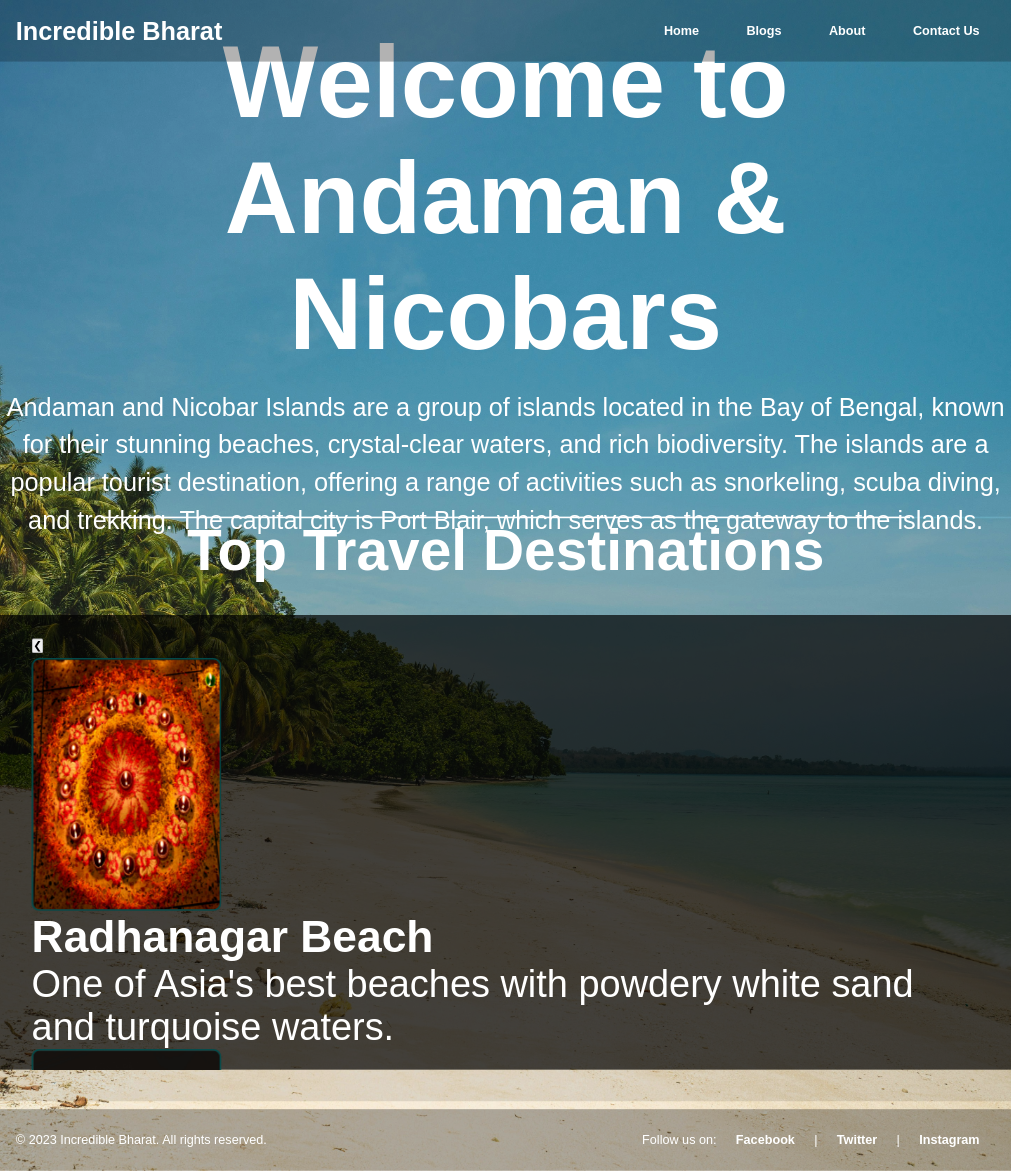
Repository: jaidhiman111/incrediblebharat
Page: destinations/Andaman-Nicobar/Andaman&Nicobar.html
These files come from the project's save history. The page is drawn as it stood at one moment and after the next save; the edit follows.
The browser window is 1280 px wide. The pictures show the whole page, at 79% of full size.

Above is the page before, as saved 2025-05-01 22:31:34.

### destinations/Andaman-Nicobar/Andaman&Nicobar.html
<!DOCTYPE html>
<html lang="en">

<head>
    <meta charset="UTF-8">
    <link rel="stylesheet" href="/assets/style.css">
    <meta name="viewport" content="width=device-width, initial-scale=1.0">
    <title>Document</title>
</head>

<body class="andaman-nicobar">
    <!-- This is the header of the page. -->
    <header class="header">
        <div class="logo">
            <h1>Incredible Bharat</h1>
        </div>
        <div class="nav">
            <nav>
                <ul>
                    <li>
                        <a href="/index.html">Home</a>
                        <a href="#">Blogs</a>
                        <a href="#">About</a>
                        <a href="#">Contact Us</a>
                    </li>
                </ul>
            </nav>
        </div>
    </header>
    <!-- This is the main content of the page. -->
    <main class="main-container">
        <section class="hero-section">
            <h2>Welcome to Andaman & Nicobars</h2>
            <p>Andaman and Nicobar Islands are a group of islands located in the Bay of Bengal, known for their stunning
                beaches, crystal-clear waters, and rich biodiversity. The islands are a popular tourist destination,
                offering a range of activities such as snorkeling, scuba diving, and trekking. The capital city is Port
                Blair, which serves as the gateway to the islands.</p>
        </section>
        <hr>
        <section id="travel-slider">
            <h2>Top Travel Destinations</h2>
            <div class="slider-container">
              <button class="slide-btn left" onclick="slideLeft('travel')">&#10094;</button>

              <div class="slider" >
                <div class="card">
                  <img class ="card-image" src="/media/diwali.jpg" alt="Radhanagar Beach">
                  <h3>Radhanagar Beach</h3>
                  <p>One of Asia's best beaches with powdery white sand and turquoise waters.</p>
                </div>
                <div class="card">
                  <img class = "card-image" src="/media/Dipawli.jpg" alt="Cellular Jail">
                  <h3>Cellular Jail</h3>
                  <p>Historical monument with a light & sound show on India's freedom struggle.</p>
                </div>
                <div class="card">
                  <img class = "card-image" src="/media/Deepak.jpg" alt="Elephant Beach">
                  <h3>Elephant Beach</h3>
                  <p>Snorkeling and water activities paradise on Havelock Island.</p>
                </div>
                <!-- Add more slides here -->
              </div>

              <button class="slide-btn right" onclick="slideRight('travel')">&#10095;</button>
            </div>
          </section>
    </main>
    <!-- This is the footer of the page. -->
    <footer class="footer">
        <div>
            <p>&copy; 2023 Incredible Bharat. All rights reserved.</p>
        </div>
        <div>
            <p>Follow us on:
                <a href="#">Facebook</a> |
                <a href="#">Twitter</a> |
                <a href="#">Instagram</a>
        </div>
    </footer>
</body>

</html>

### assets/style.css
* {
    box-sizing: border-box;
    margin: 0;
    padding: 0;
}

.home {
    font-family: Arial, sans-serif;
    background-image: url('/media/bg-cover.jpg');
    background-size: cover;
    background-repeat: no-repeat;
    background-position: center;
    color: #fff;
}

.andaman-nicobar {
    font-family: Arial, sans-serif;
    background-image: url('/media/andaman.jpg');
    background-size: cover;
    background-repeat: no-repeat;
    background-position: center;
    color: #fff;
}


/* This is for header */
.header {
    background-color: rgba(0, 0, 0, 0.3);
    display: flex;
    justify-content: space-between;
    align-items: center;
    padding: 20px;
    position: sticky;
    top: 0;
    text-align: center;
}

li {
    list-style: none;
    display: flex;
    gap: 20px;
}

li a {
    padding: 10px 20px;
    border-radius: 5px;
    text-decoration: none;
    color: #fff;
    font-weight: bold;
}

li a:hover {
    color: #fff;
    transform: scale(1.1);
}

/* This is for section */
section {
    background-color: rgba(0, 0, 0, 0.1);
}

.hero-section {
    display: flex;
    flex-direction: column;
    /* stack items vertically */
    justify-content: center;
    /* center vertically */
    align-items: center;
    /* center horizontally */
    height: 80vh;
    text-align: center;
}

.hero-section h2 {
    font-size: 8rem;
    margin-bottom: 20px;
}

.hero-section p {
    font-size: 2rem;
    margin-bottom: 20px;
    max-width: 100rem;
    /* limit the width of the paragraph */
    line-height: 1.5;
    /* improve readability */
}

.hero-section a {
    text-decoration: none;
    color: #fff;
    font-size: 1.5rem;
    margin-bottom: 20px;
}

.hero-section a:hover {
    color: #fff;
    text-decoration: underline;
    transform: scale(1.1);
    transition: transform 0.3s ease-in-out;
}

hr {
    width: 80%;
    margin: auto;
    border: 1px solid #fff;
}

.state-section {
    display: flex;
    flex-direction: column;
    justify-content: center;
    align-items: center;
    height: 80vh;
    text-align: center;
}

.state-section h2 {
    font-size: 3rem;
    margin-bottom: 20px;
}

.state-button {
    padding: 30px;
    max-width: 100rem;
    margin: 0 auto;
}

.state-button button {
    background-color: rgba(0, 0, 0, 0.4);
    backdrop-filter: blur(5px);
    border: none;
    border-radius: 8px;
    margin: 10px;
    padding: 12px 20px;
    cursor: pointer;
    transition: background-color 0.3s ease;
    font-size: 16px;
    font-weight: 500;
}

.state-button button a {
    color: #ffffff;
    text-decoration: none;
    display: block;
    width: 100%;
    height: 100%;
}

.state-button button:hover {
    background-color: rgba(0, 0, 0, 0.7);
    transform: scale(1.1);
    transition: transform 0.3s ease-in-out;
}

.card-section {
    display: flex;
    flex-wrap: wrap;
    justify-content: center;
    gap: 5rem;
    padding: 30px 20px;
    margin: 20px auto;
    max-width: 100%;
    border-radius: 10px;
}




/* This is for footer */

.footer {
    background-color: rgba(0, 0, 0, 0.3);
    display: flex;
    justify-content: space-between;
    align-items: center;
    padding: 20px;
    position: relative;
    bottom: 0;
    text-align: center;
}

.footer li {
    list-style: none;
    display: flex;
    gap: 20px;
}

.footer a {
    display: inline-block;
    padding: 10px 20px;
    border-radius: 5px;
    text-decoration: none;
    color: #fff;
    font-weight: bold;
}

.footer a:hover {
    color: #fff;
    transform: scale(1.1);

}

/* This is for media queries */
/* --- Andaman & Nicobar Page Enhancements --- */

#travel-slider {
    display: flex;
    flex-direction: column;
    font-size: 3rem;
    margin-bottom: 10px;
    justify-items: center;
    align-items: center;

}

.slider-container {
    background-color: rgba(0, 0, 0, 0.7);
    position: relative;
    height: 80vh;
    max-width: 100%;
    overflow: hidden;
    margin: 40px auto;
    padding: 0 40px;
}

/* .slider {
    display: flex;
    transition: transform 0.5s ease;
    max-width: 80%;
    background-color: aqua;
    margin: 10px, auto;
    padding: auto;
    justify-content: center;
    align-items: center;
} */


.slide-btn.left {
    left: 10px;
}

.slide-btn.right {
    right: 10px;
}

.card-image {
    background-color: rgba(0, 0, 0, 0.3);
    backdrop-filter: blur(5px);
    color: #fff;
    border: 2px solid #014d4e;
    border-radius: 10px;
    width: 15rem;
    height: 20rem;
    display: flex;
    align-items: center;
    justify-content: center;
    font-size: 2rem;
    font-weight: bold;
    cursor: pointer;
    transition: transform 0.3s ease, background-color 0.3s ease;
}

.card:hover {
    background-color: rgba(0, 0, 0, 0.3);
    color: #ffffff;
    transform: scale(1.05);
}

After the next save:
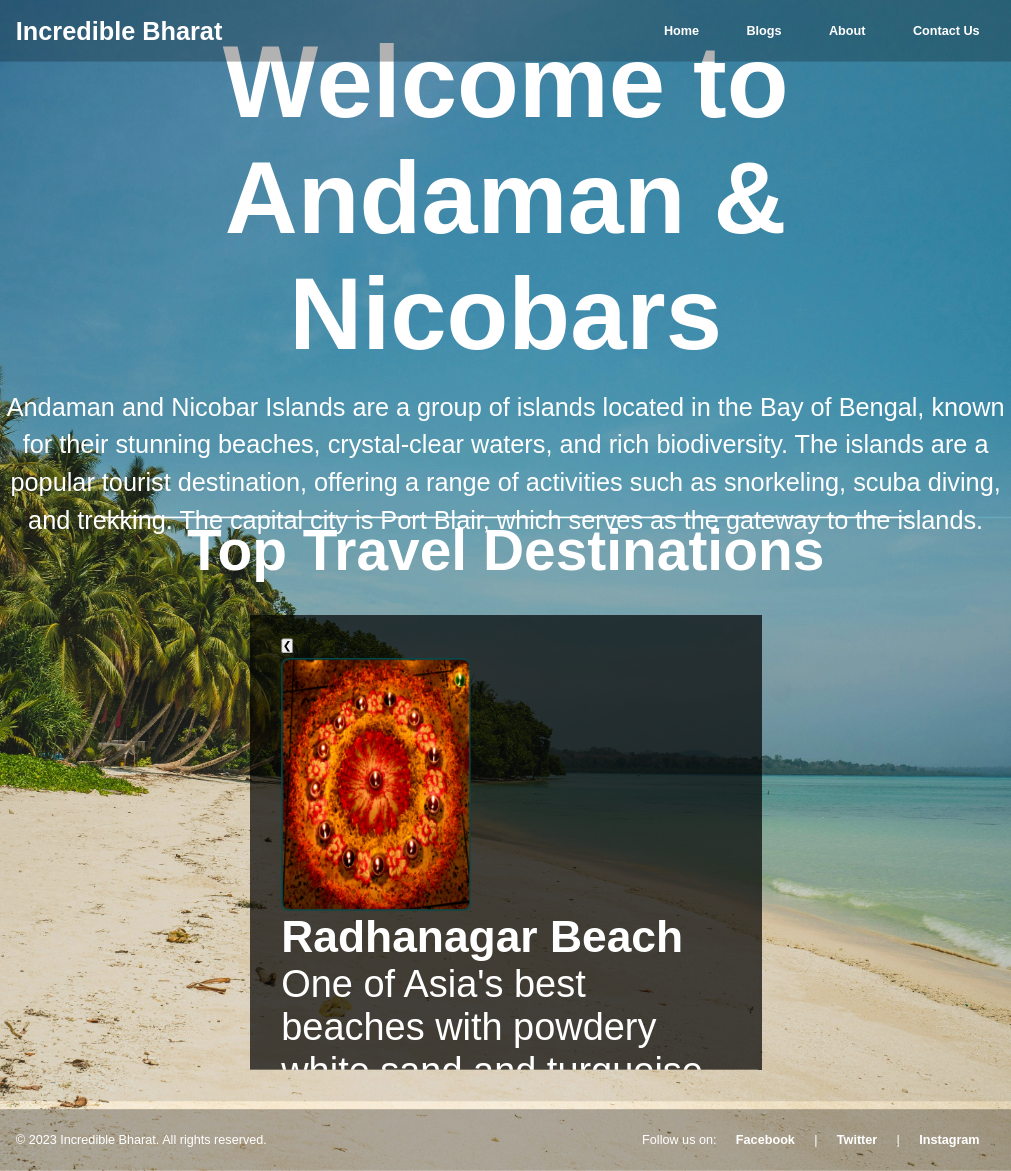
Saved 50 s later.
--- a/assets/style.css
+++ b/assets/style.css
@@ -217,7 +217,7 @@ hr {
     background-color: rgba(0, 0, 0, 0.7);
     position: relative;
     height: 80vh;
-    max-width: 100%;
+    max-width: 90vh;
     overflow: hidden;
     margin: 40px auto;
     padding: 0 40px;
